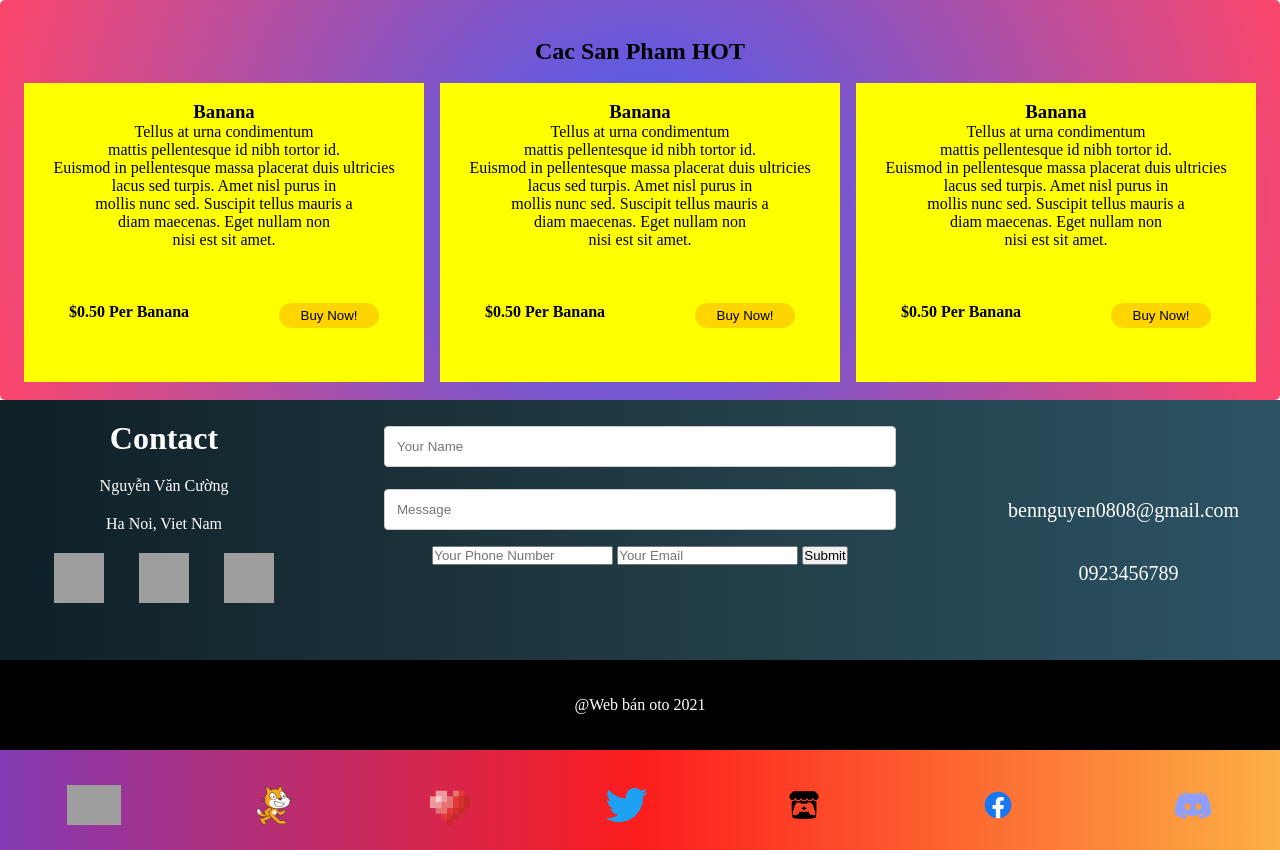
Repository: brightwhitesnow/bananashop
Page: index.html
The author's editor kept a copy of each file at every save. The page is drawn from the files as they stood at one save, then again after the next save.
The browser window is 1280 px wide. The pictures show the part of the page from y = 700 to 1550 px (the page is 1550 px tall).
Pictures or frames that could not be fetched are drawn as grey boxes. Some web libraries are served in a nearby version.

Above is the page before, as saved 2021-03-29 10:40:55.

After the next save:
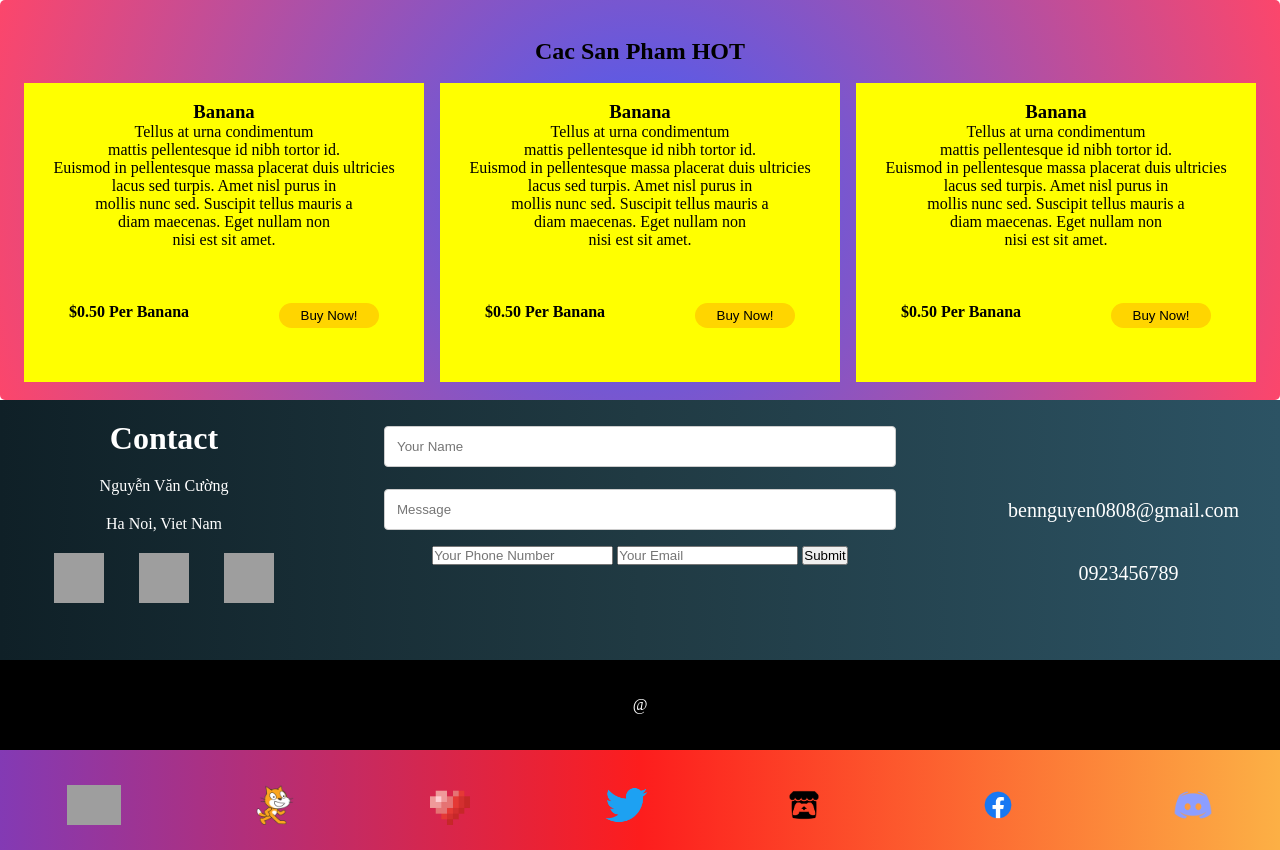
Saved 17 s later.
--- a/index.html
+++ b/index.html
@@ -133,7 +133,7 @@
             </div>
         </div>
         <div class="footer-bot">
-            @Web bán oto 2021
+            @
         </div>
     </div>
 
